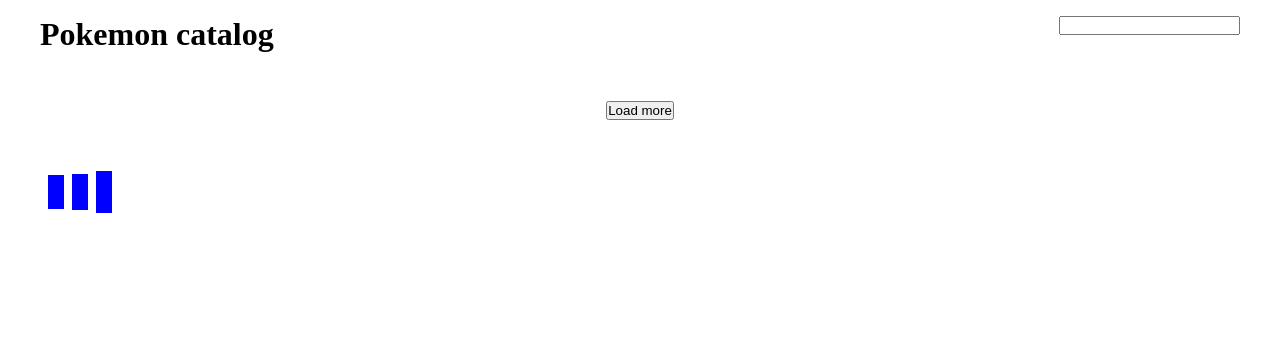
Repository: Ryszard-Penkala/pokemon-API
Page: index.html
The author's editor kept a copy of each file at every save. The page is drawn from the files as they stood at one save, then again after the next save.
The browser window is 1280 px wide. The pictures show the whole page.
The page's requests for data from a server got no answer.

Above is the page before, as saved 2020-06-28 07:53:44.

### index.html
<!DOCTYPE html>
<html lang="en">
<head>
    <meta charset="UTF-8">
    <meta name="viewport" content="width=device-width, initial-scale=1.0">
    <link href="https://fonts.googleapis.com/css2?family=Lato:wght@400;700&amp;display=swap" rel="stylesheet">
    <link rel="stylesheet" href="assets/styles/styles.css">
    <title>Pokemon API</title>
</head>
<body>
    <main class="pokemon-app">
        <header class="header-main pokemon-app__header">
            <div class="header-main__catalog">
                <h1 class="header-main__heading">Pokemon catalog</h1>
            </div>
            <div class="header-main__search-bar">
                <input class="header-main__searching header-main__searching--active" type="text">
            </div>
        </header>
        <section class="section-main pokemon-app__section" data-content>

        </section>
        <footer class="footer-main pokemon-app__footer">
            <div class="footer-main__load-bar">
                <button class="footer-main__load-button">Load more</button>
                <div class="footer-main__loader"><div></div><div></div><div></div></div>
            </div>

        </footer>
    </main>


    <script src="assets/js/script.js"></script>
    <script>
        const Catalog = new pokemonAPICatalog();
        Catalog.init();
    </script>
</body>
</html>

### assets/styles/styles.css
*, *::before, *::after{
    margin: 0;
    padding: 0;
    box-sizing: border-box;
}
.body{
    display: flex;
    font-family: "Lato", sans-serif;
}

.pokemon-app{
    max-width: 1200px;
    margin: 0 auto;
}

.header-main{
    display: flex;
    justify-content: space-between;
    padding: 1rem 0;
}

.header-mian__catalog{
    display: inline-block;
}

.header-main__search-bar{
    display: inline-block;
}

.section-main{
    display: grid;
    grid-gap: 25px;
    grid-template-columns: repeat(auto-fit, minmax(250px, 1fr));
}
.section-main__card{
    width: 250px;
}
.card__header{
    display: flex;
    justify-content: space-between;
    line-height: 24px;
}

.card__name{
    font-size: 24px;
}

.card__image{
    width: 250px;
}

.card--bold{
    font-weight: 700;
}

.footer-main__load-button{
  display: block;
  margin: 2rem auto;
}




.footer-main__loader {
    display: inline-block;
    position: relative;
    width: 80px;
    height: 80px;
  }
  .footer-main__loader div {
    display: inline-block;
    position: absolute;
    left: 8px;
    width: 16px;
    background: blue;
    animation: footer-main__loader 1.2s cubic-bezier(0, 0.5, 0.5, 1) infinite;
  }
  .footer-main__loader div:nth-child(1) {
    left: 8px;
    animation-delay: -0.24s;
  }
  .footer-main__loader div:nth-child(2) {
    left: 32px;
    animation-delay: -0.12s;
  }
  .footer-main__loader div:nth-child(3) {
    left: 56px;
    animation-delay: 0;
  }
  @keyframes footer-main__loader {
    0% {
      top: 8px;
      height: 64px;
    }
    50%, 100% {
      top: 24px;
      height: 32px;
    }
  }

### assets/js/script.js
class pokemonAPICatalog {
    constructor() {
        this.catalog = null;
        this.cards = [];
        this.page = 1;

        this.API = "https://api.pokemontcg.io";
        this.API_VERSION= "v1";
        this.API_RESOURCE = "cards?pageSize=4&page=2";
        this.API_PAGE_SIZE = "pageSize=4"
        this.API_PAGE = "page="

        this.API_ENDPOINT = `${this.API}/${this.API_VERSION}/${this.API_RESOURCE}?${this.API_PAGE_SIZE}&${this.API_PAGE}${this.page}`;

        this.UiSelectors = {
            content : `[data-content]`
        }
    }
    init(){
        this.catalog = document.querySelector(this.UiSelectors.content);
        this.pullCards();

    }

    async pullCards(){
        const { cards } = await this.fetchData(this.API_ENDPOINT)
        this.cards = [...cards];
        this.addCards(this.cards);
    }


    async fetchData(url){
        const response = await fetch(url);
        const parsedResponse = await response.json();

        return parsedResponse;
    }

    addCards(cards){
        this.cards.map(card => {
            this.catalog.insertAdjacentHTML("beforeend", this.drawCard(card))
        });
    }

    drawCard(card){
        return(
            `<span class="section-main__card">
                <header class="card__header">
                    <span class="card__name card--bold">${card.name}</span>
                    <span class="card__id">Nr: ${card.number}</span>
                </header>
                <img src=${card.imageUrl} class="card__image">
                <footer class="card_footer">
                    <div class="card__supertype">
                        <span class="card__supertype card--bold">Supertype : </span>
                        ${card.supertype}
                    </div>
                    <div class="card__subtype">
                        <span class="card__subtype card--bold">Subtype : </span>
                        ${card.subtype}
                    </div>
                    <div class="card__rarity">
                        <span class="card__rarity card--bold">Rarity : </span>
                        ${card.rarity}
                    </div>
                </footer>
            </span>`
        )
    }
}

After the next save:
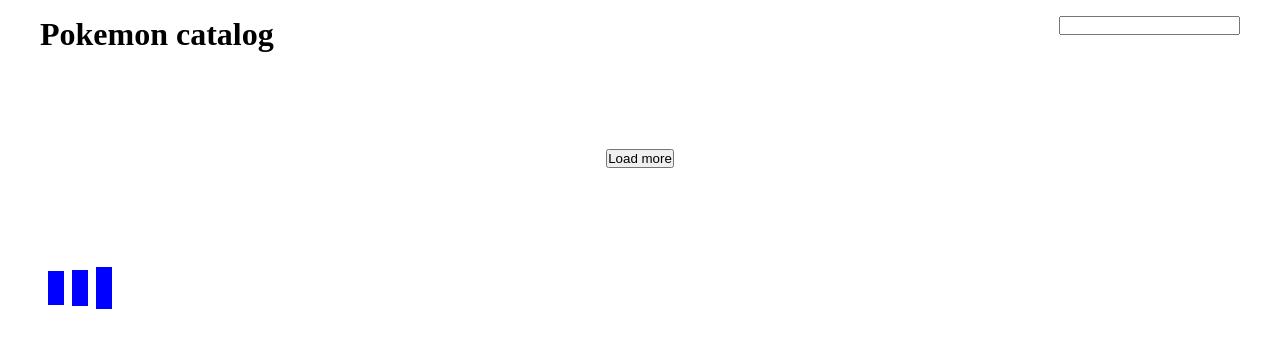
Saved 5 s later.
--- a/assets/styles/styles.css
+++ b/assets/styles/styles.css
@@ -55,7 +55,7 @@
 
 .footer-main__load-button{
   display: block;
-  margin: 2rem auto;
+  margin: 5rem auto;
 }
 
 
